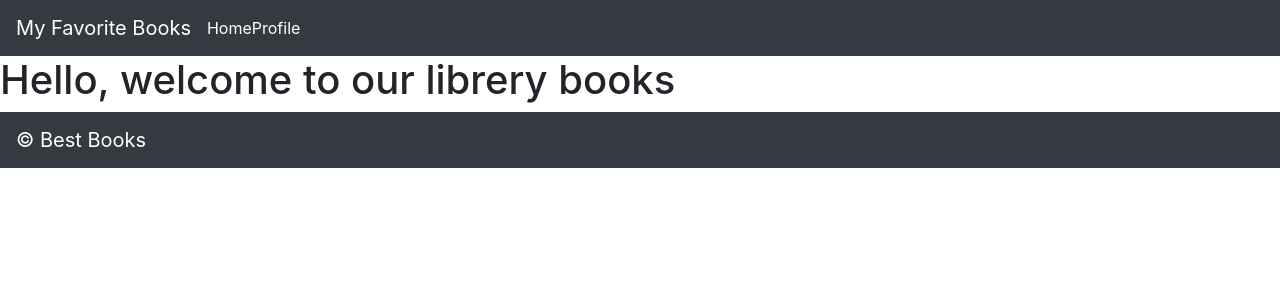
Repository: Razan-am/can-of-books-frontend
Page: /
The author's editor kept a copy of each file at every save. The page is drawn from the files as they stood at one save, then again after the next save.
The browser window is 1280 px wide. The pictures show the whole page.
The project was rebuilt for these pictures with package versions that can differ from the ones it lists, and the page was loaded fresh each time. Also part of the build but not shown: src/BestBooks.css, src/BestBooks.js, src/BrowserRouter.js.

Above is the page before, as saved 2021-07-04 19:49:59.

### src/index.js
import React from "react";
import ReactDOM from "react-dom";
import App from "./App";
import { Auth0Provider } from "@auth0/auth0-react";

ReactDOM.render(
  <Auth0Provider
    domain={process.env.AUTH0_DOMAIN}
    clientId={process.env.CLIENT_ID}
    redirectUri={window.location.origin}
  >
    <App />
  </Auth0Provider>,
  document.getElementById("root")
);

### src/App.js
import React from 'react';
import Header from './Header';
import IsLoadingAndError from './IsLoadingAndError';
import Footer from './Footer';
import BestBooks from './BestBooks'
import { withAuth0 } from '@auth0/auth0-react';
import Login from './Login';
import BrowserRouter from './BrowserRouter';
import Profile from './Profile'


// import Profile from './Profile';
import {
  BrowserRouter as Router,
  Switch,
  Route,
  Link
} from "react-router-dom";

class App extends React.Component {

  render() {
    console.log('app', this.props);
    return (
      <>
        <Router>
          <IsLoadingAndError>
            <Header />
            <Switch>
              <Route exact path="/">
                {/* TODO: if the user is logged in, render the `BestBooks` component, if they are not, render the `Login` component */}
                {
                  this.props.auth0.isAuthenticated ?
                    <BestBooks />
                    :<Profile/>
                }
              </Route>
              {/* TODO: add a route with a path of '/profile' that renders a `Profile` component */}
              <Route exact path='/profile'>
                    <Profile/>
                </Route>
              <BrowserRouter/>
            </Switch>
            <Footer />
          </IsLoadingAndError>
          {/* <Profile/> */}
        </Router>
      </>
    );
  }
}

export default withAuth0(App);

### src/Profile.js
import React, { Component } from 'react';
import { withAuth0 } from '@auth0/auth0-react';


class Profile extends Component {
    render() {
        return (
            <div>
                <h1>Hello, welcome to our librery books</h1>
                {
                    this.props.auth0.isAuthenticated&&
                    <>
                    <h1>{this.props.auth0.user.name}</h1>
                    <img src={this.props.auth0.user.picture} alt={this.props.auth0.user.name}/>
                    <h1>{this.props.auth0.user.email}</h1>
                    </>

                }

            </div>
        )
    }
}

export default withAuth0(Profile);

### src/Login.js
import React from 'react';
import 'bootstrap/dist/css/bootstrap.min.css';
import Card from 'react-bootstrap/Card';
import './Login.css';
import LoginButton from './LoginButton';

class Login extends React.Component {
  render() {
    return(
      <Card style={{ width: '18rem' }}>
        <Card.Body>
          <Card.Title>Log In</Card.Title>
          <Card.Text>
            Click Below to Log In
          </Card.Text>
          {/* TODO: add a `LoginButton` component here that will log the user in with Auth0 */}
          <LoginButton/>
        </Card.Body>
      </Card>
    )
  }
}

export default Login;

Loaded but not shown: public/index.html (common file); src/Header.js (common file); src/IsLoadingAndError.js (common file); src/Footer.js (common file); src/Header.css (common file); src/Login.css (common file); src/LoginButton.js (common file)

After the next save:
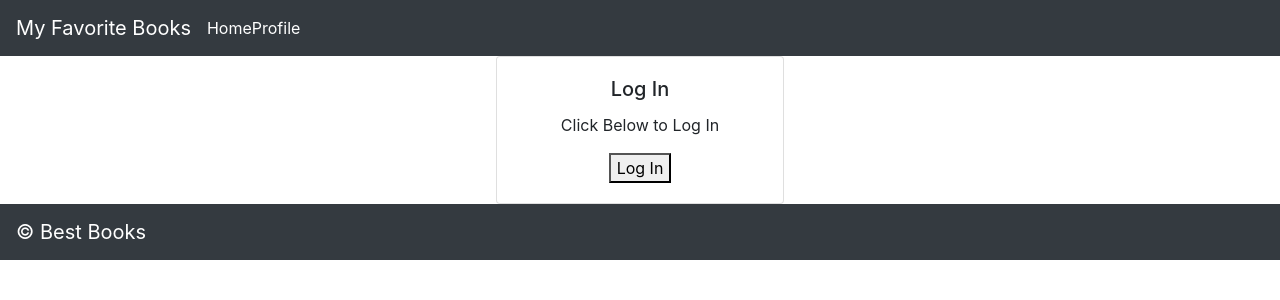
Saved 61 s later.
--- a/src/App.js
+++ b/src/App.js
@@ -32,7 +32,7 @@ class App extends React.Component {
                 {
                   this.props.auth0.isAuthenticated ?
                     <BestBooks />
-                    :<Profile/>
+                    :<Login/>
                 }
               </Route>
               {/* TODO: add a route with a path of '/profile' that renders a `Profile` component */}
